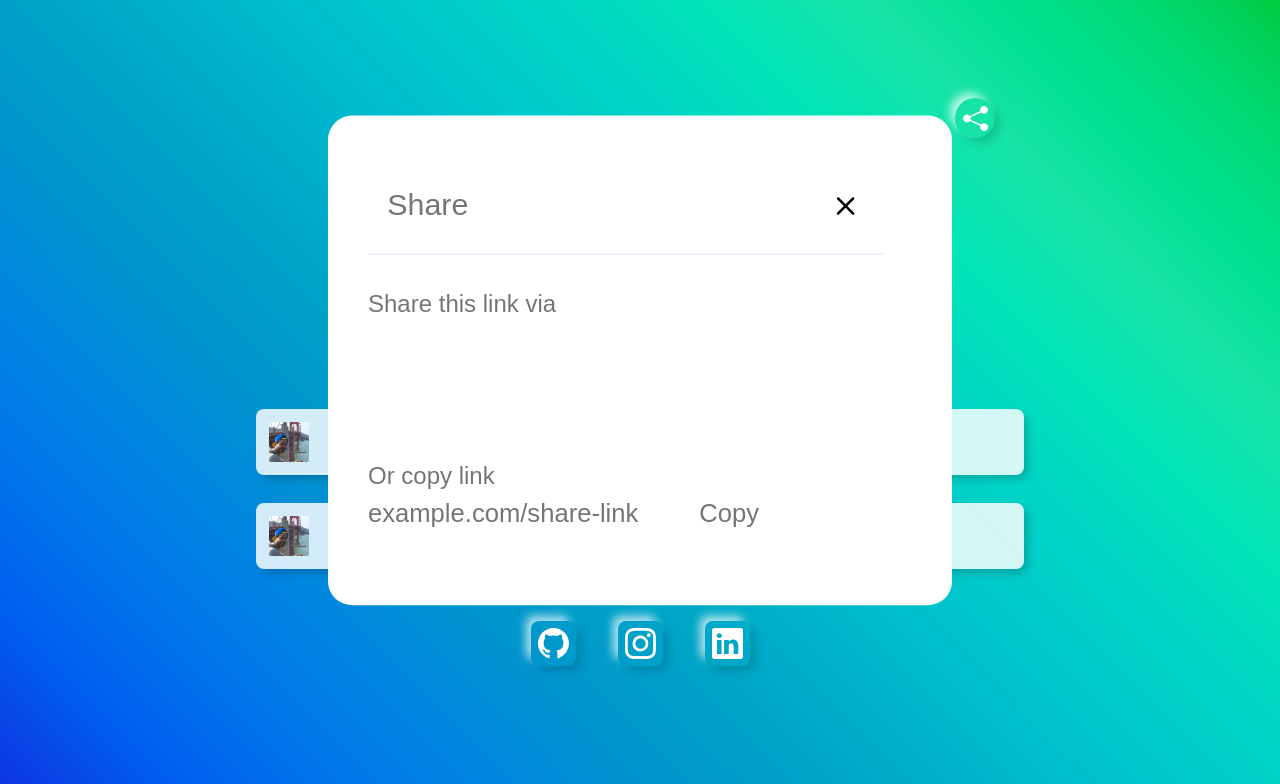
Repository: MateLaDBrouille97/linktree
Page: /
An editor plug-in stored every save of this project. The page is shown before and after the next save, followed by the edit.
The browser window is 1280 px wide. The pictures show the whole page.
The project was rebuilt for these pictures with package versions that can differ from the ones it lists, and the page was loaded fresh each time. The framework's server and built-in components were replaced by stand-ins that run in the browser. Also part of the build but not shown: next.config.js, styles/Home.module.css, styles/scrollup.css.

Above is the page before, as saved 2023-01-23 23:34:09.

### app/layout.tsx
"use client";

import '@/styles/globals.css'
import '../styles/Home.module.css';
import '../styles/scrollup.css';
import '../styles/home.css';
import '../styles/socials.css';
import '../styles/share.css';
import ScrollDow from '../components/ScrollDow';
import ScrollUp from '../components/scrollup/ScrollUp'

export default function RootLayout({
    children,
  }: {
    children: React.ReactNode;
  }) {
    return (
      <html lang="en">
        <body>{children}</body>
        {/* <ScrollDow/> */}
        {/* <ScrollUp/> */}
      </html>
    );
  }

### app/page.tsx
"use client";

import Image from "next/image";
import data from "data.json";
import image from "../public/ManuelTL2.jpg";
import image1 from "../public/ManuelTL2.jpg";
import { useEffect, useState } from "react";
import Socials from "../components/Socials";
import Share from "@/components/Share";

function LinkCard({
  href,
  title,
  image,
}: {
  href: string;
  title: string;
  image?: string;
}) {
  return (
    <a
      href={href}
      className="flex items-center p-3 w-full rounded-lg hover:scale-105 transition-all bg-gray-100 mb-3 -mt-2 max-w-3xl home__linkcard-box"
    >
      <div className="flex text-center w-full home__linkcard-card">
        <div className="w-10 h-10 home__linkcard-img">
          {image1 && (
            <Image
              className="rounded-sm"
              alt={data.name}
              src={image1}
              width={40}
              height={40}
            />
          )}
        </div>
        <h2 className="flex justify-center items-center font-semibold w-full text-gray-700 -ml-10 home__linkcard-title">
          {title}
        </h2>
      </div>
    </a>
  );
}

export default function Home() {
  /*==================== Toggle Menu ====================== */
  const [toggle, showMenu] = useState(false);
  const [activeNav, setActiveNav] = useState("#home");

  /* +++++++++++++++++++++++++++++++++++++++++++++++++ */
  // const { dbUser, image } = useUserContext();

  // const breakpoints = (width) => {
  //   if (width < 640) {
  //     return "xs";
  //   } else if (width >= 640 && width < 768) {
  //     return "sm";
  //   } else if (width >= 768 && width < 1024) {
  //     return "md";
  //   } else if (width >= 1024) {
  //     return "lg";
  //   }
  // };

  // const [breakpoint, setBreakpoint] = useState(() =>
  //   breakpoints(typeof window !== "undefined" && window.innerWidth)
  // );

  useEffect(() => {
    if (toggle) {
      // const calcInnerWidth = function () {
      //   setBreakpoint(breakpoints(window.innerWidth));
      // };
      // window.addEventListener("resize", calcInnerWidth);
      window.addEventListener("scroll", function () {
        const header = this.document.querySelector(".header");
        //scroll higher than 200 viewport height
        //add scroll header class to a tag with the scroll-top
        if (this.scrollY >= 80) header?.classList.add("scroll-header");
        else header?.classList.remove("scroll-header");
      });
    }
  }, []);

  useEffect(() => {
    showMenu(true);
  }, []);

  return (
    <div className="flex items-center flex-col mx-auto w-full justify-center mt-16 px-8 ">
      <Share/>
      <a
        href="#home"
        onClick={() => setActiveNav("#home")}
        // className={
        //   activeNav === "#home" ? "nav__logo active-link" : "nav__logo"
        // }
      >
        <Image
          className="rounded-full"
          alt={data.name}
          src={image}
          width={96}
          height={96}
        />
      </a>

      <h1 className="font-semibold mt-4 mb-8 text-xl" style={{color:"white"}}>{data.name}</h1>
      <h3 className="home__description" style={{color:"white"}}>{data.small_description}</h3>

      <div className="grid place-items-center w-full mt-2">
        {data.links.map((link) => (
          <LinkCard key={link.href} {...link} />
        ))}
      </div>

      <div className="gap-3 items-center flex mt-10">
        {data?.socials?.map((social) => {
         return(

          <Socials title={social?.title} key={social?.href} />
          )
        })}
      </div>
    </div>
  );
}

### styles/globals.css
@tailwind base;
@tailwind components;
@tailwind utilities;

body{
  height:100vh;
  background-image: linear-gradient(
  45deg,
  hsl(229deg 88% 47%) 0%,
  hsl(217deg 100% 47%) 8%,
  hsl(210deg 100% 46%) 16%,
  hsl(204deg 100% 44%) 24%,
  hsl(196deg 100% 40%) 32%,
  hsl(190deg 100% 39%) 41%,
  hsl(186deg 100% 40%) 49%,
  hsl(181deg 100% 40%) 57%,
  hsl(175deg 100% 42%) 65%,
  hsl(168deg 99% 45%) 72%,
  hsl(162deg 82% 49%) 80%,
  hsl(159deg 100% 44%) 86%,
  hsl(153deg 100% 43%) 92%,
  hsl(146deg 100% 41%) 97%,
  hsl(138deg 100% 40%) 100%
);
}

@import  url('https://api.iconify.design/material-symbols/arrow-upward.svg');

/*=============== GOOGLE FONTS ===============*/
@import url("https://fonts.googleapis.com/css2?family=Poppins:wght@400;500;600&display=swap");

/*=================== NEXT.JS ================*/

html,
body {
  padding: 0;
  margin: 0;
  font-family: -apple-system, BlinkMacSystemFont, Segoe UI, Roboto, Oxygen,
    Ubuntu, Cantarell, Fira Sans, Droid Sans, Helvetica Neue, sans-serif;
}

h1 {
  font-size: 1.75rem;
}




/*=============== VARIABLES CSS ===============*/
:root {
  --header-height: 3rem;

  /*========== Colors ==========*/
  /*Color mode HSL(hue, saturation, lightness)*/
  --hue: 0;
  --sat: 0%;
  --title-color: hsl(var(--hue), var(--sat), 20%);
  --title-color-dark: hsl(var(--hue), var(--sat), 0%);
  --text-color: hsl(var(--hue), var(--sat), 46%);
  --body-color: hsl(var(--hue), var(--sat), 98%);
  --container-color: #fff;

  /*========== Font and typography ==========*/
  --body-font: "Poppins", sans-serif;

  /*.5rem = 8px | 1rem = 16px ...*/
  --big-font-size: 3.5rem;
  --h1-font-size: 2.75rem;
  --h2-font-size: 1.5rem;
  --h3-font-size: 1.25rem;
  --normal-font-size: 1rem;
  --small-font-size: 0.875rem;
  --smaller-font-size: 0.813rem;
  --tiny-font-size: 0.625rem;

  /*========== Font weight ==========*/
  --font-normal: 400;
  --font-medium: 500;
  --font-semi-bold: 600;

  /*========== Margenes Bottom ==========*/
  /*.5rem = 8px | 1rem = 16px ...*/
  --mb-0-25: 0.25rem;
  --mb-0-5: 0.5rem;
  --mb-0-75: 0.75rem;
  --mb-1: 1rem;
  --mb-1-5: 1.5rem;
  --mb-2: 2rem;
  --mb-2-5: 2.5rem;
  --mb-3: 3rem;

  /*========== z index ==========*/
  --z-tooltip: 10;
  --z-fixed: 100;
  --z-modal: 1000;
}

/* Responsive typography */
@media screen and (max-width: 992px) {
  :root {
    --big-font-size: 2.75rem;
    --h1-font-size: 1.5rem;
    --h2-font-size: 1.25rem;
    --h3-font-size: 1rem;
    --normal-font-size: 0.938rem;
    --small-font-size: 0.813rem;
    --smaller-font-size: 0.75rem;
  }
}

/*=============== BASE ===============*/
* {
  margin: 0;
  padding: 0;
  box-sizing: border-box;
}

html {
  scroll-behavior: smooth;
}

body,
button,
input,
textarea {
  font-family: var(--body-font);
  font-size: var(--normal-font-size);
}

body {
  background-color: var(--body-color);
  color: var(--text-color);
}

h1,
h2,
h3 {
  color: var(--title-color);
  font-weight: var(--font-semi-bold);
}

ul {
  list-style: none;
}

a {
  text-decoration: none;
}

button {
  cursor: pointer;
  border: none;
  outline: none;
}

img {
  max-width: 100%;
  height: auto;
}

/*=============== REUSABLE CSS CLASSES ===============*/
.section {
  padding: 6rem 0 2rem;
}

.section__title {
  font-size: var(--h1-font-size);
  color: var(--title-color);
}

.section__subtitle {
  display: block;
  font-size: var(--normal-font-size);
  margin-bottom: 4rem;
}

.section__title,
.section__subtitle {
  text-align: center;
}

/*=============== LAYOUT ===============*/
.container {
  max-width: 968px;
  margin-left: auto;
  margin-right: auto;
}

.grid {
  display: grid;
  gap: 1.5rem;
}

/*=============== BUTTONS ===============*/
.button {
  display: inline-block;
  background-color:rgb(100, 189, 140);
  color: var(--container-color);
  padding: 1.25rem 2rem;
  border-radius: 1rem;
  font-weight: var(--font-medium);
}

.button:hover {
  background-color: rgb(81, 209, 138);
  color: var(--container-color);
}

.button__icon {
  margin-left: var(--mb-0-5);
}

.button--flex {
  display: inline-flex;
  align-items: center;

}




/*=============== BREAKPOINTS ===============*/
/* For large devices */
@media screen and (max-width: 992px) {
  .container {
    margin-left: var(--mb-1-5);
    margin-right: var(--mb-1-5);
  }

  .button {
    padding: 1rem 1.75rem;
  }

  .button__icon {
    width: 22px;
    height: 22px;
  }
}

/* For medium devices */
@media screen and (max-width: 768px) {
  body {
    margin: 0 0 var(--header-height) 0;
  }

  .section {
    padding: 2rem 0 4rem;
  }

  .section__subtitle {
    margin-bottom: var(--mb-3);
  }
}

@media screen and (max-width: 576px) {

}

/* For small devices */
@media screen and (max-width: 350px) {
  :root {
    --big-font-size: 2.25rem;
  }

  .container {
    margin-left: var(--mb-1);
    margin-right: var(--mb-1);
  }
}

### styles/home.css
.home__container{
    row-gap: 7rem;
}

.home__content{
    grid-template-columns: 116px repeat(2, 1fr);
    padding-top: 5.5rem;
    column-gap: 2rem;
    align-items: center;
}

.home__social{
    display:grid;
    grid-template-columns: max-content;
    row-gap: 1rem;
}

.home__social-icon{
    font-size:1.25rem;
    color: var(--title-color);
}

.home__social-icon:hover{
    color:rgb(165, 30, 75);
}



.home__social-icon:hover{
    color: var(--title-color-dark);
}

.home__title{
    font-size:var(--h1-font-size);
    margin-bottom:var(--mb-0-25);
}

.home__hand{
    width: 38px;
    height: 38px;
    margin-left: 0.4rem;
}

.home__subtitle{
    position: relative;
    font-size:var(--h3-font-size);
    padding-left: 5.4rem;
    font-weight: var(--font-normal);
    margin-bottom: var(--mb-1);
}

.home__subtitle::before{
    content:'';
    position:absolute;
    width: 70px;
    height:1px;
    background-color:var(--text-color);
    left:0;
    top:1rem;
}

.home__description{
    max-width:400px;
    margin-bottom: var(--mb-3);
    line-height: 1.7;
}

.home__linkcard-box{
    background-color: rgba(255, 255, 255, 0.829);
    border-color: whitesmoke;
    border-width: 3px;
    transition: transform 0.5s;
    box-shadow: 5px 5px 9px -1px rgba(0,0,0,0.2);

    border: 1px solid rgba(0,0,0,0);
    transition: transform 0.5s;
}

.home__linkcard-box:hover{
    box-shadow: 10px 10px 0px -1px rgba(0,0,0,0.15),
                1px 1px 0.5px  rgba(0,0,0,0.15),
                0px -12px 10px -10px  rgba(0,0,0,0.05);
     border: 1px solid   rgba(0,0,0,0.1);
    /* transform:translateY(-2px)  ;    */
}

.home__linkcard-box::after{
    transition: transform 0.5s;
}

.home__linkcard-box:hover::after .home__linkcard-title {
    transition: transform 0.7s;
}

.home__linkcard-box:hover::after .home__linkcard-img {
    transition: transform 0.7s;
}

.home__linkcard-box:hover .home__linkcard-title{
    transform:scale(1.05);
    transition: transform 0.5s;
}

.home__linkcard-box:hover .home__linkcard-img{
    transform:scale(1.15);
    transition: transform 0.5s;
}




.home__img{
/* background: url(../../assets/Mur.jpg); */
background-repeat: no-repeat;
background-position: center;
background-size: cover;
box-shadow: inset 0 0 0 9px rgb(255 255 255/30%);
order: 1;
justify-self: center;
width:375px ;
height: 350px;
animation: profile__animate 8s ease-in-out infinite 1s;
}

@keyframes profile__animate {
    0%{
        border-radius: 60% 40% 30% 70%/60% 30% 70% 40%;
    }

    50%{
        border-radius: 30% 60% 70% 40%/50% 60% 30% 60%;
    }

    100%{
        border-radius: 60% 40% 30% 70%/60% 30% 70% 40%;
    }
}

.home__scroll{
    position:fixed;
    left: 2.5rem;
    bottom: 3rem;
    /* opacity:0.8; */
    padding:0.3rem 0.5rem;
    border-radius:0.4rem;
    z-index: var(--z-tooltip);
    transition: .4s;
}


.wheel {
    animation: scroll 2s ease infinite;
}

@keyframes scroll{
    0% {
        transform: translateY(0);
    }
    30% {
        transform: translateY(3.7rem);
    }

}


.home__scroll-name{
    color: rgba(255, 255, 255, 0.829);
    font-weight: var(--font-medium);
    margin-right: var(--mb-0-25);
    margin-left: 2px;
}

.home__scroll-arrow{
    font-size: 1.25rem;
    color: rgba(255, 255, 255, 0.829);
}


/*=============== BREAKPOINTS ===============*/
/* For large devices */
@media screen and (max-width: 992px) {
    .home__content{
        grid-template-columns: 100px repeat(2, 1fr);
        column-gap: 1.25rem;

    }

    .home__hand{
        width:26px;
        height:26px;
    }

    .home__subtitle{
        padding-left: 3.75rem;
        margin-bottom: var(--mb-1);

    }

    .home__subtitle::before {
        width:42px;
        top:0.8rem;
    }

    .home__description{
        max-width: initial;
        margin-bottom: var(--mb-2-5);
    }

    .home__img{
        width:250px;
        height:250px;
        box-shadow:inset 0 0 0 8px rgb(255 255 255/30%)
    }

    .home__scroll{
        margin-left: 7.5rem;
    }



  }

  /* For medium devices */
  @media screen and (max-width: 768px) {
    .home__content{
        grid-template-columns: 0.5fr 3fr;
        padding-top: 3.5rem;
    }

    .home__img{
        order:initial;/* ordre d'apparition de l'element*/
        justify-self: initial;
        box-shadow: inset 0 0 0 9px rgb(255 255 255/30%);
        width:200px;
        height: 200px;
    }

    .home__data{
        grid-column:1/3;
    }

    .home__scroll{
        display:none;
    }


  }



  /* For small devices */
  @media screen and (max-width: 350px) {


    .home__img{

        width:180px ;
        height: 180px;
    }

    .home__hand{
        width:22px;
        height:22px;
    }


  }

### styles/socials.css
/* .social__link{
    color: var(--container-color);
    font-size: 1.125rem;
    padding: 0.4rem;
    border-radius:1.5rem;
    display: inline-flex;
} */
/*
.social__link:hover{
    background-color:rgba(44, 203, 224, 0.986);
} */

.social__link{
    display:flex;
    /* background-color: var(--container-color); */
    color: var(--container-color);
    height: 45px;
    width: 45px;
    margin: 0 15px;
    border-radius: 8px;
    align-items: center;
    justify-content:center;
    text-decoration: none;
    box-shadow: 6px 6px 10px -1px rgba(0,0,0,0.15),
                -6px -6px 10px -1px rgba(255,255,255,0.7);
    border: 1px solid   rgba(0,0,0,0);
    transition: transform 0.5s;
}

a svg {
    font-size: 38px;
    color: white;
    transition: transform 0.5s;
}


.social__link:hover{
    background-color: rgba(255, 255, 255, 0.829);
    box-shadow: inset 4px 4px 6px -1px rgba(0,0,0,0.2),
                inset -4px -4px 6px -1px rgba(255,255,255,0.7),
                -0.5px -0.5px 0px  rgba(255,255,255,1),
                0.5px 0.5px 0px  rgba(0,0,0,0.15),
                0px -12px 10px -10px  rgba(0,0,0,0.05);
    border: 1px solid   rgba(0,0,0,0.1);
    transform:translateY(2px)  ;
}


a:hover svg{
    transform: scale(1.10);
    fill: black;
    transition: transform 0.5s;
}

a:hover .bi-linkedin{
    fill:rgb(18, 83, 203) ;
    transform:scale(1.10);
    transition: transform 0.5s;
}

a:hover .bi-instagram{
    fill:#e64771;
    transform:scale(1.10);
    transition: transform 0.5s;
}


/*=============== BREAKPOINTS ===============*/
/* For large devices */
@media screen and (max-width: 992px) {


    .social__link:hover{

        box-shadow: inset 4px 4px 6px -1px rgba(0,0,0,0.2),
                    inset -4px -4px 6px -1px rgba(255,255,255,0.7),
                    -0.5px -0.5px 0px  rgba(255,255,255,1),
                    0.5px 0.5px 0px  rgba(0,0,0,0.15),
                    0px -12px 10px -10px  rgba(0,0,0,0.05);
        border: 1px solid   rgba(0,0,0,0.1);
        transform:translateY(2px)  ;
    }




  }

  /* For medium devices */
  @media screen and (max-width: 768px) {




  }



  /* For small devices */
  @media screen and (max-width: 350px) {





  }

### styles/share.css
/*          Share   Items  */

.share-link {
  display: flex;
  /* background-color: var(--container-color); */
  color: var(--container-color);
  height: 45px;
  width: 45px;
  margin: 0 15px;
  border-radius: 22px;
  align-items: center;
  justify-content: center;
  text-decoration: none;
  box-shadow: 6px 6px 10px -1px rgba(0, 0, 0, 0.15),
    -6px -6px 10px -1px rgba(255, 255, 255, 0.7);
  border: 1px solid rgba(0, 0, 0, 0);
  transition: transform 0.5s;
}

.share-link:hover {
  background-color: rgba(255, 255, 255, 0.829);
  box-shadow: inset 4px 4px 6px -1px rgba(0, 0, 0, 0.2),
    inset -4px -4px 6px -1px rgba(255, 255, 255, 0.7),
    -0.5px -0.5px 0px rgba(255, 255, 255, 1),
    0.5px 0.5px 0px rgba(0, 0, 0, 0.15),
    0px -12px 10px -10px rgba(0, 0, 0, 0.05);
  border: 1px solid rgba(0, 0, 0, 0.1);
  transform: translateY(2px);
}

/* .share-link .bi-share-fill{
    fill: white;
} */

.share-link:hover .bi-share-fill {
  fill: black;
  transform: scale(1.1);
  transition: transform 0.5s;
}

header {
  width: 95%;
  max-width: 788px;
  display: flex;
  justify-content: flex-end;
  padding: 12px;
  margin-top: 5px;
}

.share-button {
  width: 40px;
  height: 40px;
  border-radius: 20px;
  color: var(--container-color);
}

ul .icons{

    align-items: center;
    justify-self: center;
}

.content {
}

.share {
  width: 95%;
  max-width: 788px;
  display: flex;
  justify-content: flex-end;
  padding: 12px;
  margin-top: 5px;
}

.modal-share {
  position: absolute;
  top: 50%;
  left: 50%;
  transform: translate(-50%, -50%) scale(1.6);
  background: var(--container-color);
  padding: 25px;
  border-radius: 15px;
  max-width: 390px;
  width: 80%;
}

.modal-share :is(header, .icons) {
  display: flex;
  align-items: center;
  justify-content: space-between;
}

.modal-share header {
  padding-bottom: 15px;
  border-bottom: 1px solid #ebedf9;
}

header .close .icons a {
  display: flex;
  align-items: center;
  justify-content: center;
  border-radius: 50%;
}

header .close {
  height: 33px;
  width: 33px;
  background: var(--container-color);
  cursor: pointer;
}

.modal-title {
  font-size: 19px;
  font-weight: 500;
}

.modal-share .content {
  margin: 20px 0;
}

.content p {
  font-size: 15px;
}

.content .icons {
  margin: 15px 0 20px 0;
}

.icons a {
  height: 50px;
  width: 50px;
  border: 1px solid transparent;
  text-decoration: none;
}

### components/Socials.tsx
function GitHubIcon() {
  return (
    <a href="https://github.com/LuckyMate97" className="social__link">
      <svg xmlns="http://www.w3.org/2000/svg" width="31" height="31" fill="white" className="bi bi-github" viewBox="0 0 16 16"> <path d="M8 0C3.58 0 0 3.58 0 8c0 3.54 2.29 6.53 5.47 7.59.4.07.55-.17.55-.38 0-.19-.01-.82-.01-1.49-2.01.37-2.53-.49-2.69-.94-.09-.23-.48-.94-.82-1.13-.28-.15-.68-.52-.01-.53.63-.01 1.08.58 1.23.82.72 1.21 1.87.87 2.33.66.07-.52.28-.87.51-1.07-1.78-.2-3.64-.89-3.64-3.95 0-.87.31-1.59.82-2.15-.08-.2-.36-1.02.08-2.12 0 0 .67-.21 2.2.82.64-.18 1.32-.27 2-.27.68 0 1.36.09 2 .27 1.53-1.04 2.2-.82 2.2-.82.44 1.1.16 1.92.08 2.12.51.56.82 1.27.82 2.15 0 3.07-1.87 3.75-3.65 3.95.29.25.54.73.54 1.48 0 1.07-.01 1.93-.01 2.2 0 .21.15.46.55.38A8.012 8.012 0 0 0 16 8c0-4.42-3.58-8-8-8z"/> </svg>
    </a>
  );
}

function InstagramIcon() {
  return (
    <a href="https://www.instagram.com/oto.mata33/" className="social__link">
      <svg xmlns="http://www.w3.org/2000/svg" width="31" height="31" fill="white" className="bi bi-instagram" viewBox="0 0 16 16"> <path d="M8 0C5.829 0 5.556.01 4.703.048 3.85.088 3.269.222 2.76.42a3.917 3.917 0 0 0-1.417.923A3.927 3.927 0 0 0 .42 2.76C.222 3.268.087 3.85.048 4.7.01 5.555 0 5.827 0 8.001c0 2.172.01 2.444.048 3.297.04.852.174 1.433.372 1.942.205.526.478.972.923 1.417.444.445.89.719 1.416.923.51.198 1.09.333 1.942.372C5.555 15.99 5.827 16 8 16s2.444-.01 3.298-.048c.851-.04 1.434-.174 1.943-.372a3.916 3.916 0 0 0 1.416-.923c.445-.445.718-.891.923-1.417.197-.509.332-1.09.372-1.942C15.99 10.445 16 10.173 16 8s-.01-2.445-.048-3.299c-.04-.851-.175-1.433-.372-1.941a3.926 3.926 0 0 0-.923-1.417A3.911 3.911 0 0 0 13.24.42c-.51-.198-1.092-.333-1.943-.372C10.443.01 10.172 0 7.998 0h.003zm-.717 1.442h.718c2.136 0 2.389.007 3.232.046.78.035 1.204.166 1.486.275.373.145.64.319.92.599.28.28.453.546.598.92.11.281.24.705.275 1.485.039.843.047 1.096.047 3.231s-.008 2.389-.047 3.232c-.035.78-.166 1.203-.275 1.485a2.47 2.47 0 0 1-.599.919c-.28.28-.546.453-.92.598-.28.11-.704.24-1.485.276-.843.038-1.096.047-3.232.047s-2.39-.009-3.233-.047c-.78-.036-1.203-.166-1.485-.276a2.478 2.478 0 0 1-.92-.598 2.48 2.48 0 0 1-.6-.92c-.109-.281-.24-.705-.275-1.485-.038-.843-.046-1.096-.046-3.233 0-2.136.008-2.388.046-3.231.036-.78.166-1.204.276-1.486.145-.373.319-.64.599-.92.28-.28.546-.453.92-.598.282-.11.705-.24 1.485-.276.738-.034 1.024-.044 2.515-.045v.002zm4.988 1.328a.96.96 0 1 0 0 1.92.96.96 0 0 0 0-1.92zm-4.27 1.122a4.109 4.109 0 1 0 0 8.217 4.109 4.109 0 0 0 0-8.217zm0 1.441a2.667 2.667 0 1 1 0 5.334 2.667 2.667 0 0 1 0-5.334z"/> </svg>
    </a>
  );
}

function LinkedInIcon() {
  return (
    <a href="https://ca.linkedin.com/" className="social__link">
      <svg xmlns="http://www.w3.org/2000/svg" width="31" height="31" fill="white" className="bi bi-linkedin" viewBox="0 0 16 16"> <path d="M0 1.146C0 .513.526 0 1.175 0h13.65C15.474 0 16 .513 16 1.146v13.708c0 .633-.526 1.146-1.175 1.146H1.175C.526 16 0 15.487 0 14.854V1.146zm4.943 12.248V6.169H2.542v7.225h2.401zm-1.2-8.212c.837 0 1.358-.554 1.358-1.248-.015-.709-.52-1.248-1.342-1.248-.822 0-1.359.54-1.359 1.248 0 .694.521 1.248 1.327 1.248h.016zm4.908 8.212V9.359c0-.216.016-.432.08-.586.173-.431.568-.878 1.232-.878.869 0 1.216.662 1.216 1.634v3.865h2.401V9.25c0-2.22-1.184-3.252-2.764-3.252-1.274 0-1.845.7-2.165 1.193v.025h-.016a5.54 5.54 0 0 1 .016-.025V6.169h-2.4c.03.678 0 7.225 0 7.225h2.4z"/> </svg>
    </a>
  );
}

function Socials({ title }:{title?:string;}) {
  if (title == "Instagram") {
    return <InstagramIcon  />;
  }
  if (title == "Github") {
    return <GitHubIcon  />;
  }
  if (title == "LinkedIn") {
    return <LinkedInIcon  />;
  }
}

export default Socials;

Loaded but not shown: data.json (35 lines, source omitted); tailwind.config.js (13 lines, source omitted); components/Share.tsx (116 lines, source omitted)

After the next save:
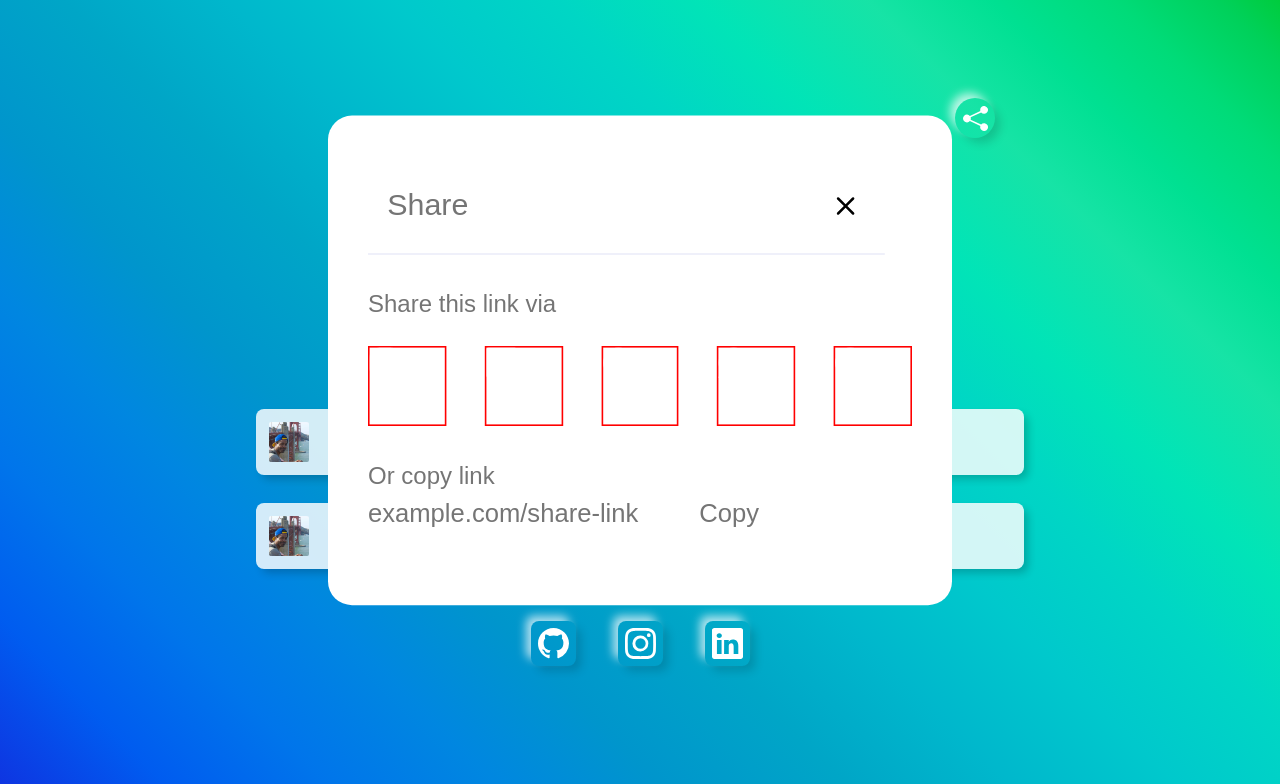
Saved 26 s later.
--- a/styles/share.css
+++ b/styles/share.css
@@ -129,6 +129,6 @@ header .close {
 .icons a {
   height: 50px;
   width: 50px;
-  border: 1px solid transparent;
+  border: 1px solid red;
   text-decoration: none;
 }
